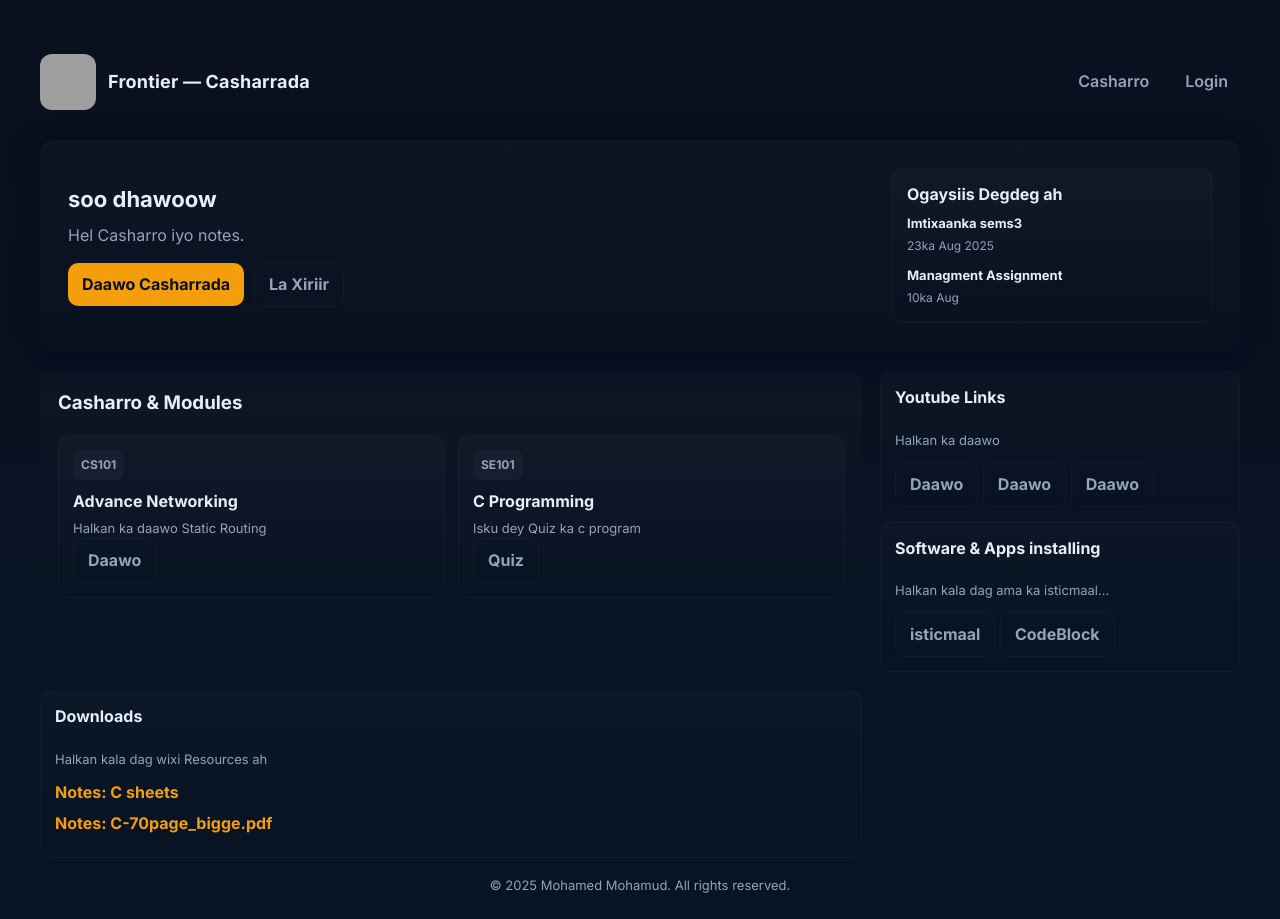
Repository: mrfiiqane/Al-Tacaawun.com
Page: index.html
These files come from the project's save history. The page is drawn as it stood at one moment and after the next save; the edit follows.
The browser window is 1280 px wide. The pictures show the whole page.
Pictures or frames that could not be fetched are drawn as grey boxes.

Above is the page before, as saved 2025-08-12 08:57:49.

After the next save:
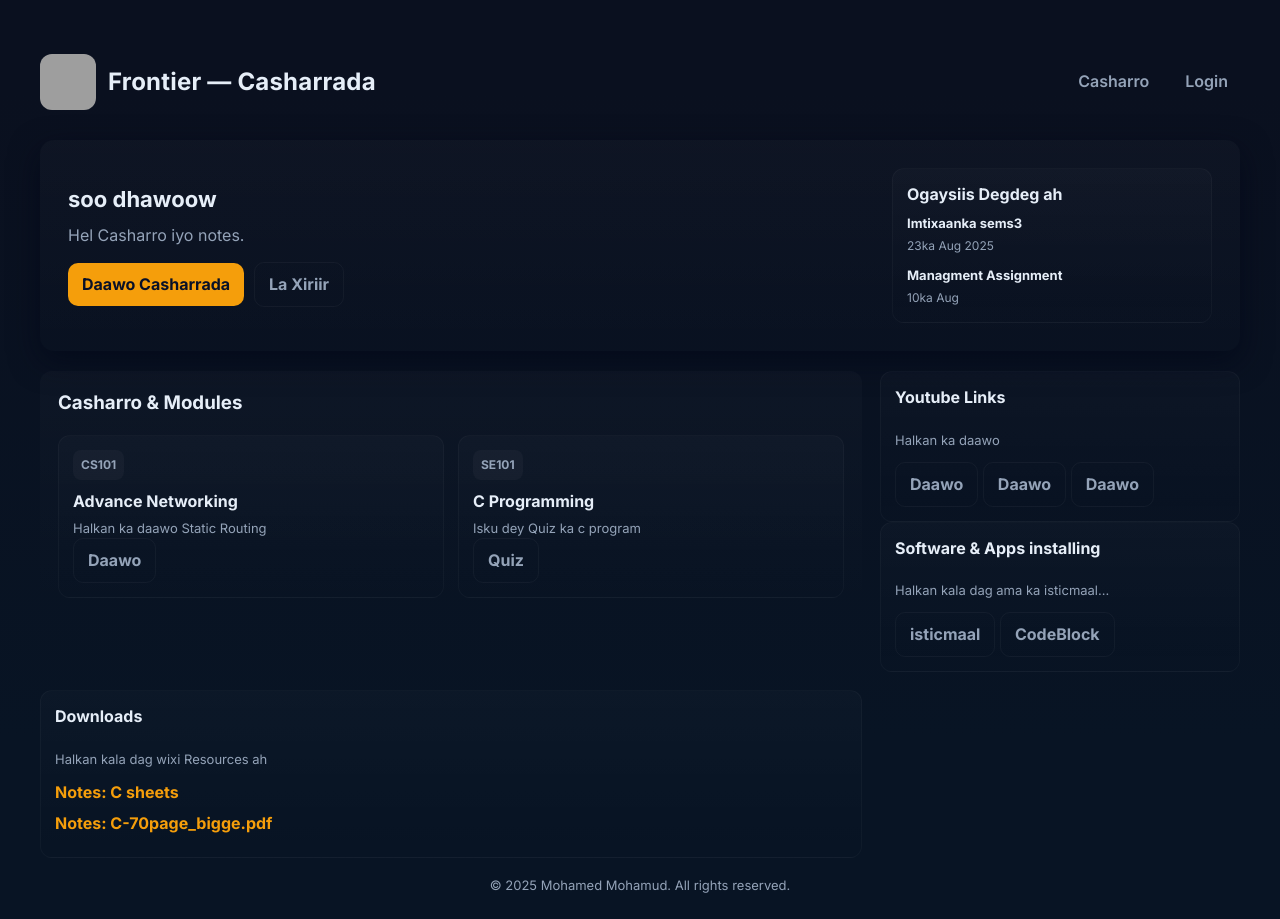
Saved 62 s later.
--- a/style.css
+++ b/style.css
@@ -59,7 +59,7 @@
     }
     h1.site-title{
       margin:0;
-      font-size:18px;
+      font-size:24px;
       letter-spacing:0.2px;
     }
     p.site-sub{ margin:0; color:var(--muted); font-size:13px }
